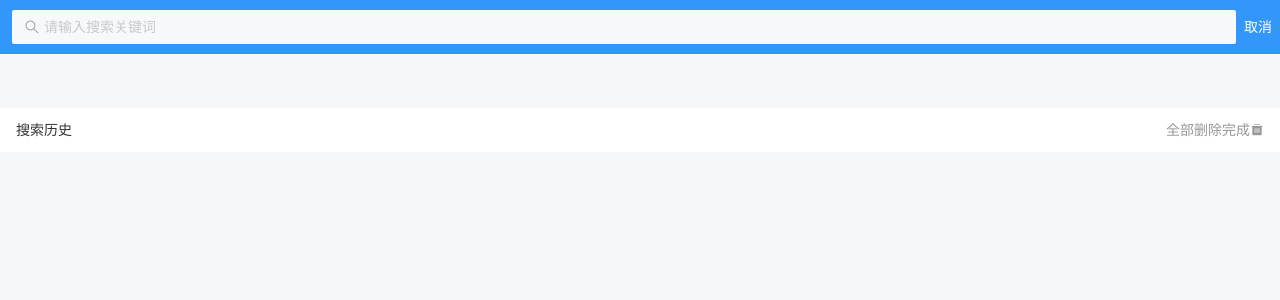
Repository: liuliumm/hmtt60
Page: /#/search
The author's editor kept a copy of each file at every save. The page is drawn from the files as they stood at one save, then again after the next save.
The browser window is 1280 px wide. The pictures show the whole page.
The project was rebuilt for these pictures with package versions that can differ from the ones it lists, and the page was loaded fresh each time. Also part of the build but not shown: vue.config.js, src/utils/request.js, src/api/search.js, src/views/search/components/search-suggestion.vue, src/views/search/components/search-result.vue.

Above is the page before, as saved 2023-02-17 01:58:31.

After the next save:
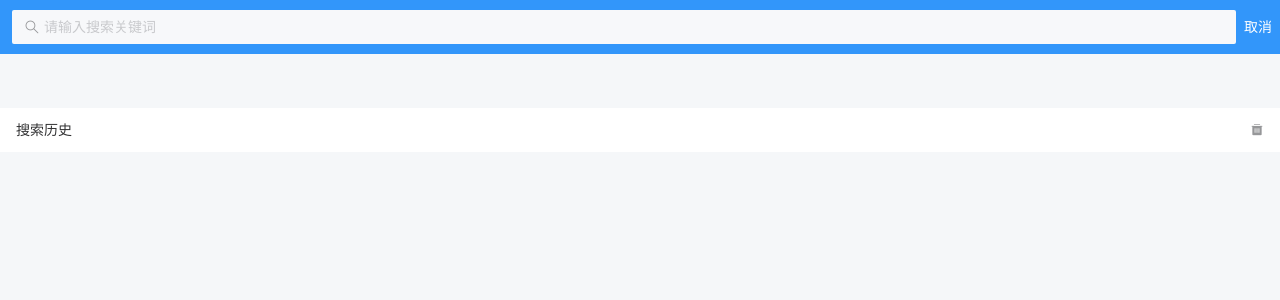
Saved 3 min 38 s later.
--- a/src/views/search/components/search-history.vue
+++ b/src/views/search/components/search-history.vue
@@ -1,13 +1,19 @@
 <template>
   <div class="search-history">
     <van-cell title="搜索历史">
-      <span>全部删除</span>
-      <span>完成</span>
-      <van-icon name="delete" />
+      <div v-if="isDeleteShow">
+        <!-- //如果isDeleteShow为true显示此模板 -->
+        <span>全部删除</span>
+        &nbsp;&nbsp;
+        <span @click="isDeleteShow = false">完成</span>
+        <!-- //点击完成退出删除状态 -->
+      </div>
+      <!-- //如果isDeleteShow为false，则显示删除按钮。点击删除按钮将isDeleteShow变为true，进入删除状态 -->
+      <van-icon v-else name="delete" @click="isDeleteShow = true" />
     </van-cell>
     <van-cell :title="text" v-for="text in searchHistories" :key="text">
       <template #default>
-        <van-icon name="close" />
+        <van-icon v-show="isDeleteShow" name="close" />
       </template>
     </van-cell>
   </div>
@@ -21,7 +27,7 @@ export default {
       type: Array,
       // 凡是引用类型的数据，默认值都使用一个函数生成对应的值
       default: () => [],
-      required: true
+      required: true,
     },
   },
 };
